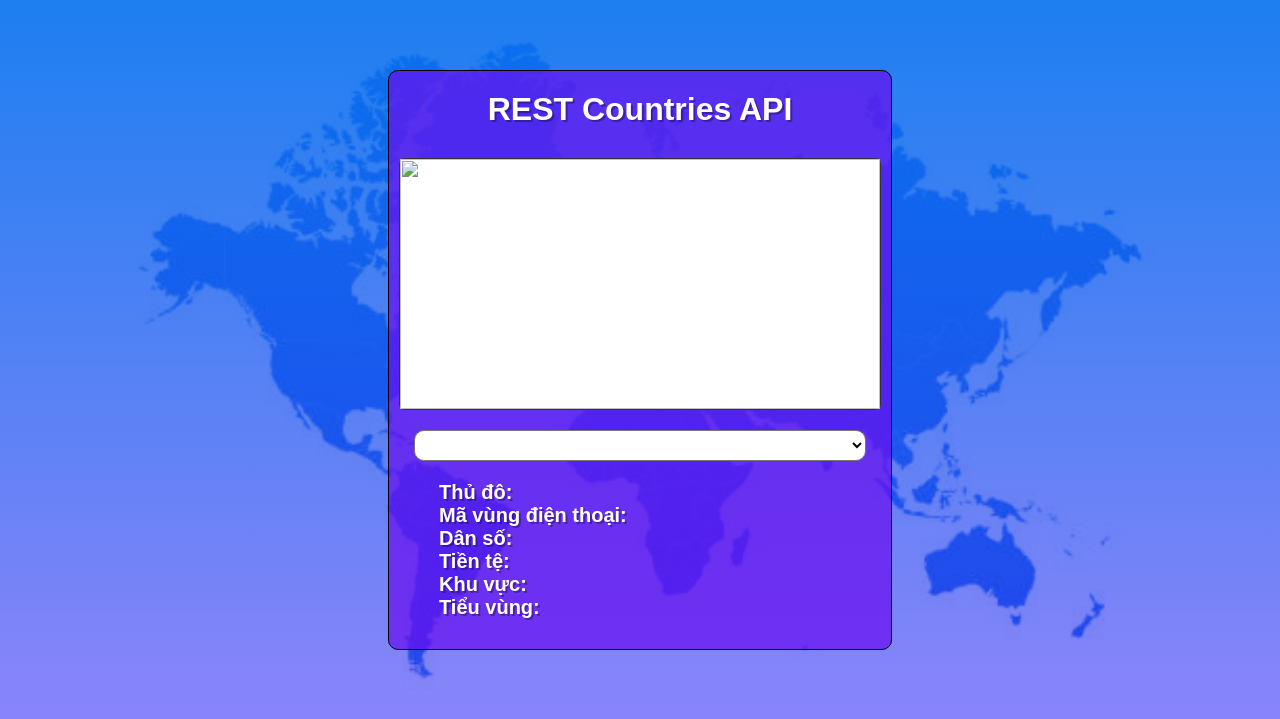
Repository: KhoaTran204/Rest-countries-api-app
Page: index.html
These files come from the project's save history. The page is drawn as it stood at one moment and after the next save; the edit follows.
The browser window is 1280 px wide. The pictures show the whole page.
The page's requests for data from a server got no answer.

Above is the page before, as saved 2024-04-14 09:22:41.

After the next save:
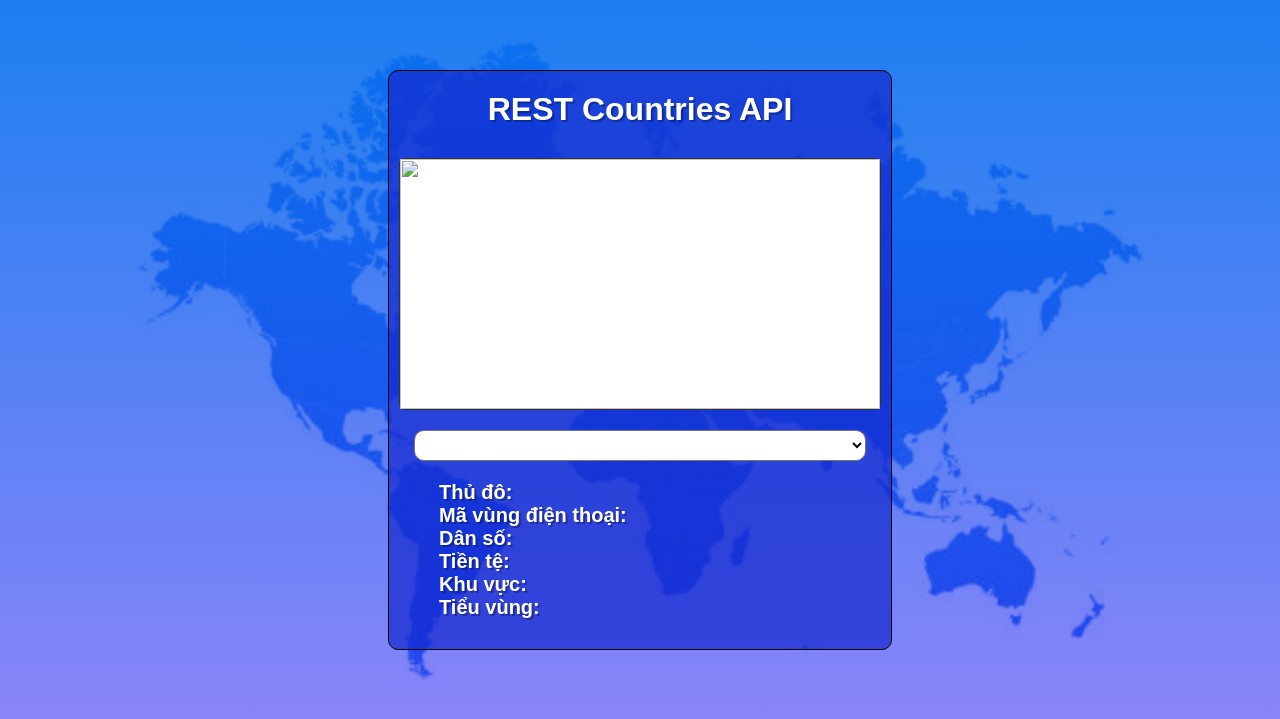
Saved 4 s later.
--- a/style.css
+++ b/style.css
@@ -37,7 +37,7 @@ body {
 }
 
 .container {
-  background-color: rgba(104, 14, 239, 0.7);
+  background-color: rgba(19, 41, 207, 0.7);
   border-radius: 10px;
   border: 1px solid black;
 }
